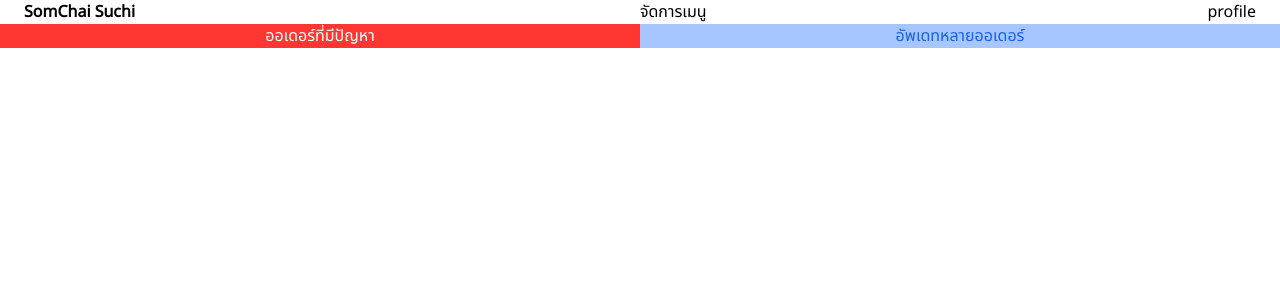
Repository: Pingping1004/food-ordering
Page: / (app in frontend/)
The author's editor kept a copy of each file at every save. The page is drawn from the files as they stood at one save, then again after a run of saves.
The browser window is 1280 px wide. The pictures show the whole page.
The project was rebuilt for these pictures with package versions that can differ from the ones it lists, and the page was loaded fresh each time. The framework's server and built-in components were replaced by stand-ins that run in the browser. Also part of the build but not shown: frontend/next.config.ts.

Above is the page before, as saved 2025-06-04 04:13:32.

After the next 4 saves:
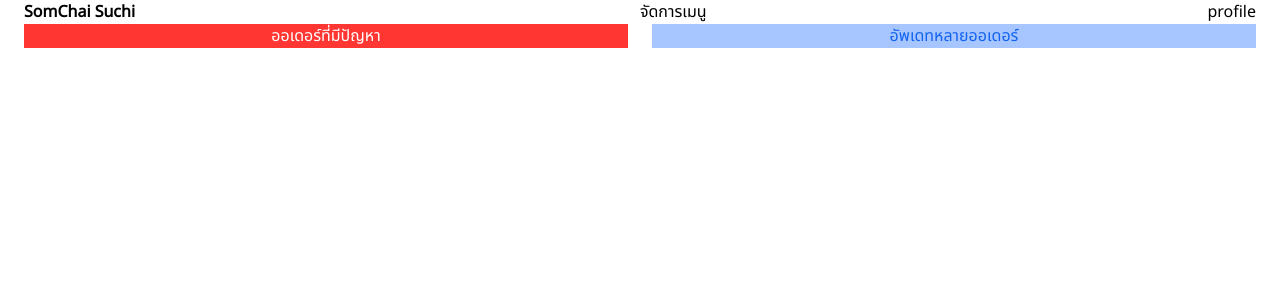
The 4 saves are shown as one change because they came seconds apart.
The last was saved 22 s later.
--- a/frontend/src/app/page.tsx
+++ b/frontend/src/app/page.tsx
@@ -4,7 +4,7 @@ export default function CookerHomePage() {
   return (
     <div>
       <CookerHeader />
-      <section className="grid grid-cols-2">
+      <section className="grid grid-cols-2 px-6 gap-6">
         <button className="bg-danger-main text-white">ออเดอร์ที่มีปัญหา</button>
         <button className="bg-primary-light text-primary-main">
           อัพเดทหลายออเดอร์
